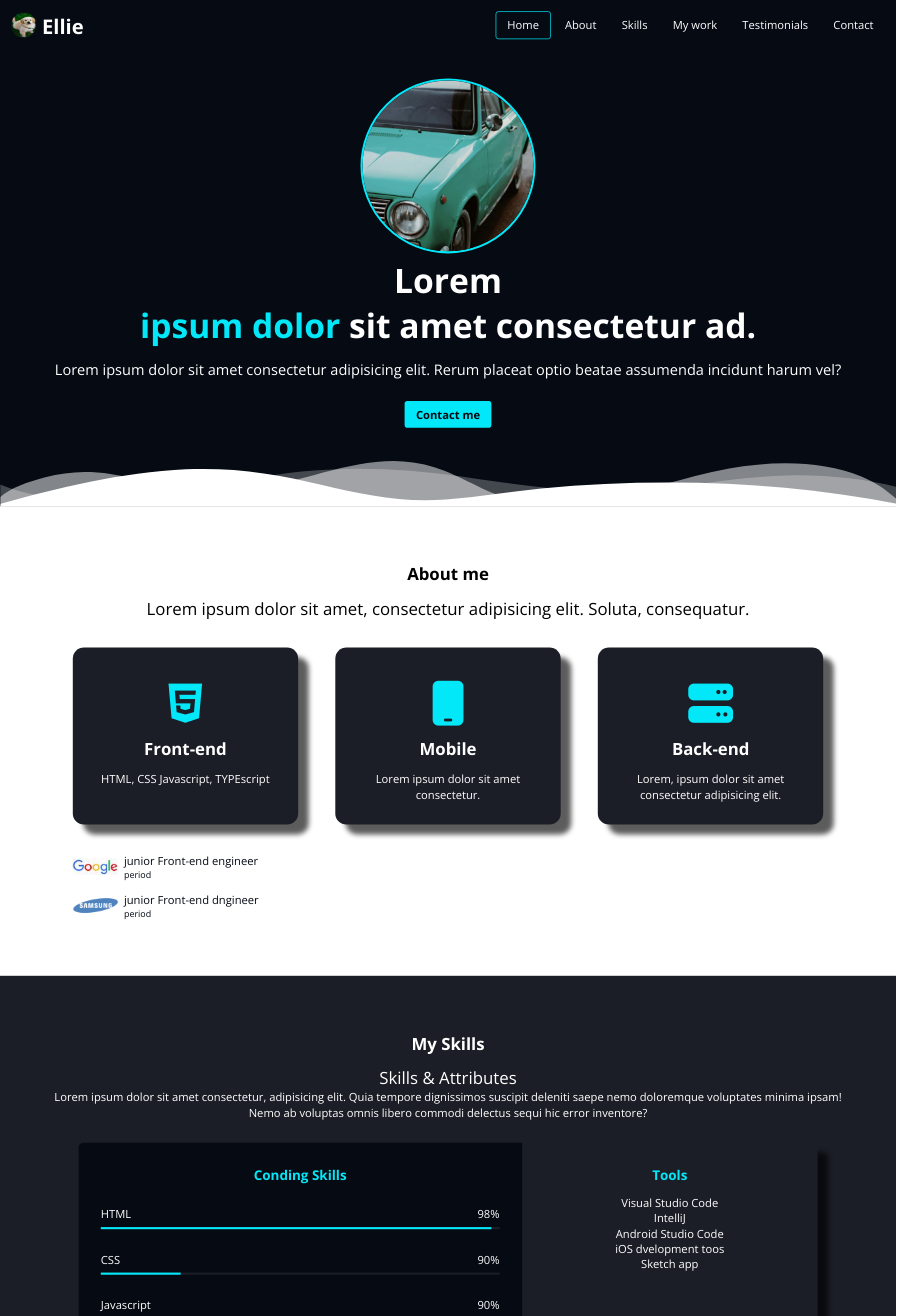
Repository: Arden-Sol/portfolio-website-clone-coding
Page: index.html
An editor plug-in stored every save of this project. The page is shown before and after the next save, followed by the edit.
The browser window is 1280 px wide. The page is 1281 px wide, so the pictures cover 1281 px, including what lies to the right of the window. The pictures show the part of the page from y = 0 to 1880 px (the page is 4153 px tall), at 70% of full size.
Some web libraries are served in a nearby version.

Above is the page before, as saved 2024-04-07 00:22:00.

After the next save:
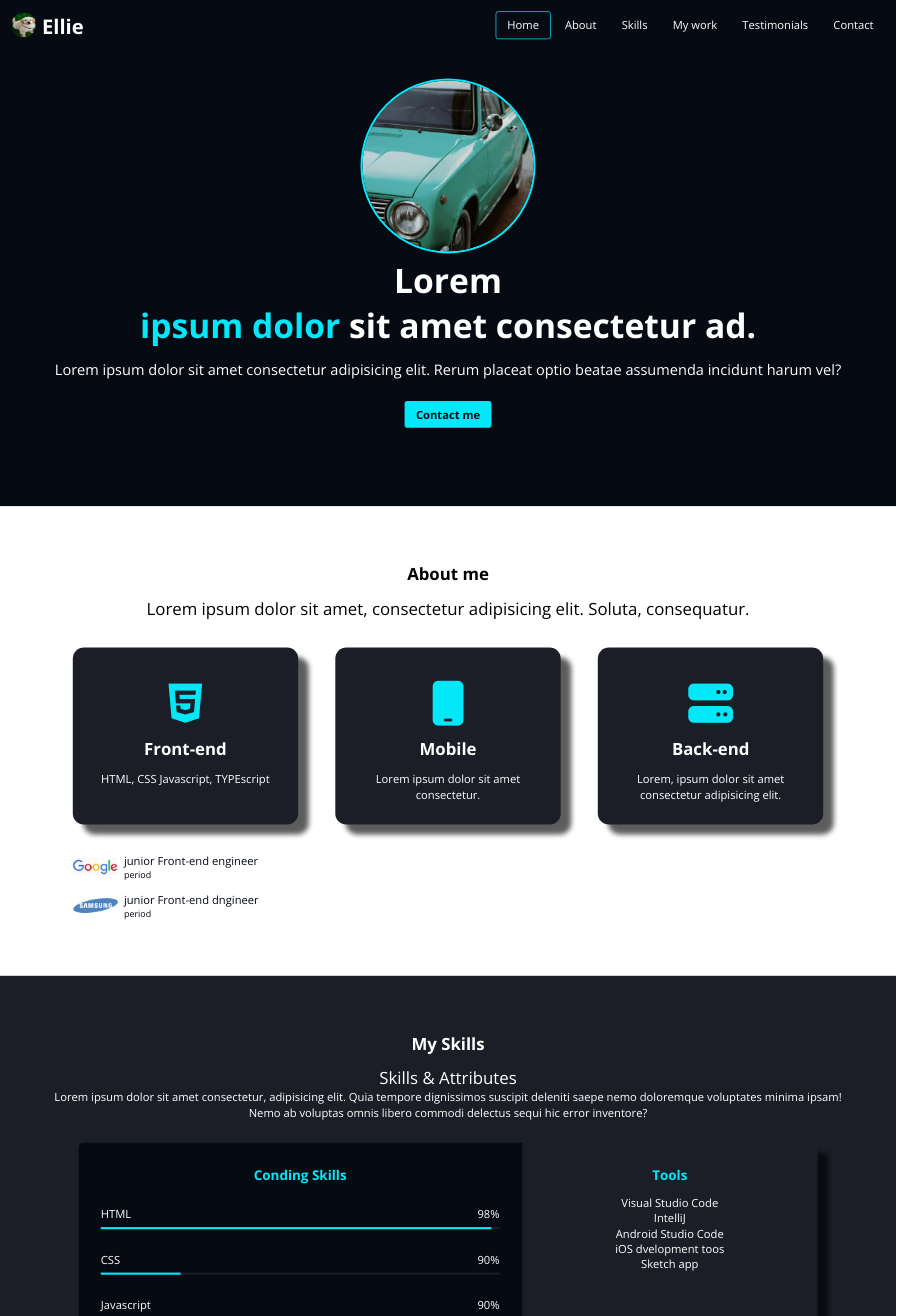
Saved 16 s later.
--- a/css/style.css
+++ b/css/style.css
@@ -149,7 +149,7 @@ button:hover {
   transform: rotate(180deg);
   background-color: var(--color-white);
   mask: var(--divider-single-wave);
-  -webkit-mask: var(--divider-multi-wave);
+  -webkit-mask: var(--divider-single-wave);
 }
 .home__avatar{
   width: 250px;
